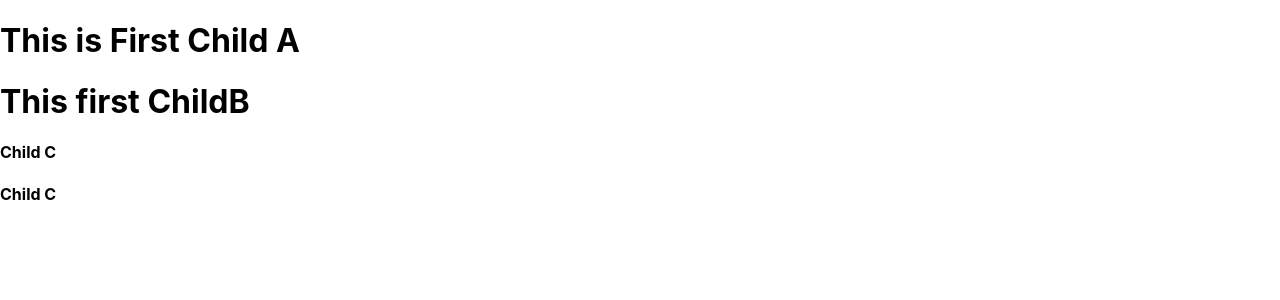
Repository: OmniaRafat232111121/Contextapp
Page: /
An editor plug-in stored every save of this project. The page is shown before and after a run of saves, followed by the edit.
The browser window is 1280 px wide. The pictures show the whole page.
The project was rebuilt for these pictures with package versions that can differ from the ones it lists, and the page was loaded fresh each time.

Above is the page before, as saved 2022-11-06 13:25:45.

After the next 7 saves:
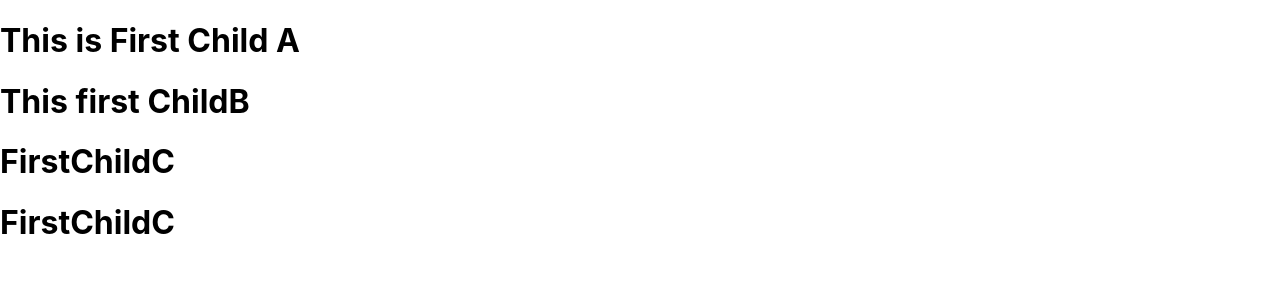
The 7 saves are shown as one change because they came seconds apart.
The last was saved 13 s later.
--- a/src/components/ChildC.jsx
+++ b/src/components/ChildC.jsx
@@ -3,7 +3,7 @@ import React from 'react'
 const ChildC = ({fName,lName}) => {
   return (
       <div>
-          <h4>Child C</h4>
+          <h1>FirstChildC</h1>
           <h4>{fName}</h4>
           <h4>{lName}</h4>
     </div>
